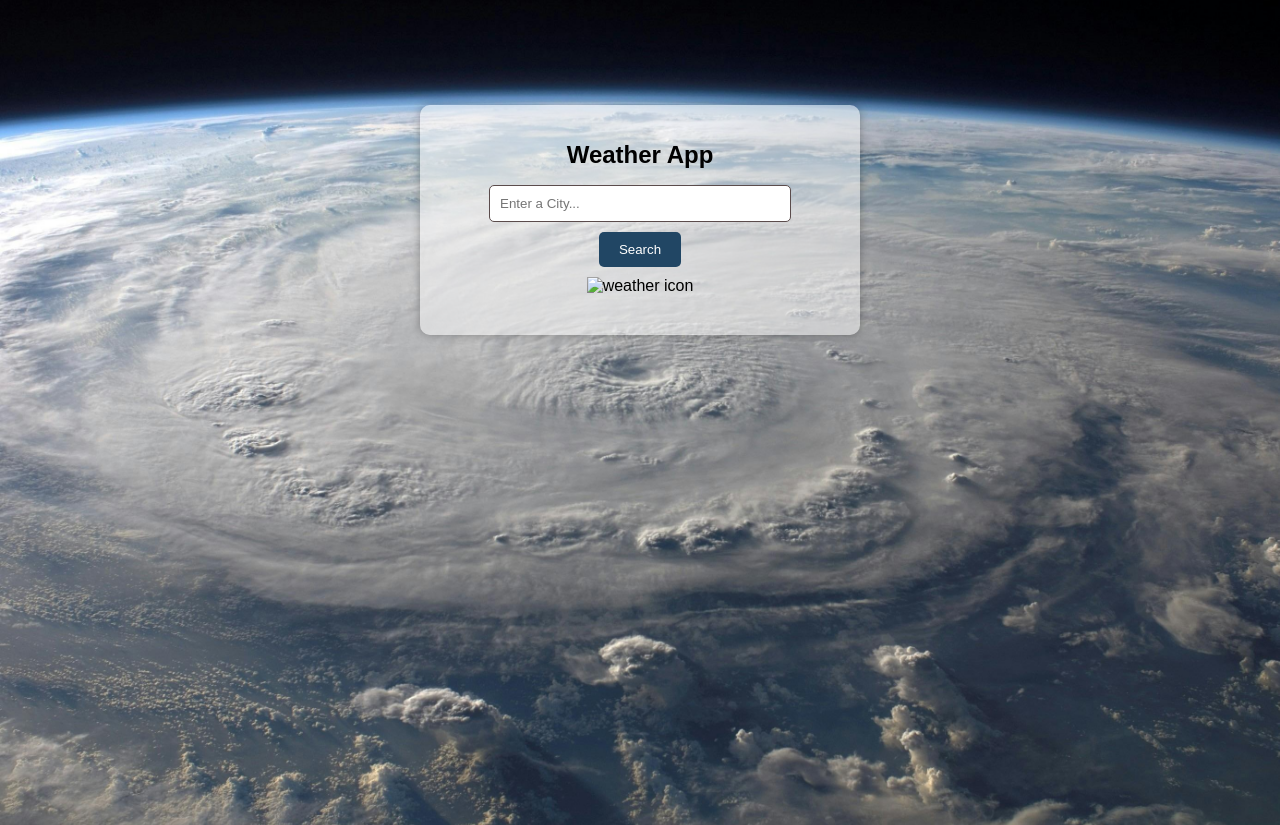
Repository: Dharshinimk-521/weather-app
Page: index.html
The author's editor kept a copy of each file at every save. The page is drawn from the files as they stood at one save, then again after the next save.
The browser window is 1280 px wide. The pictures show the whole page.

Above is the page before, as saved 2026-04-18 18:03:38.

After the next save:
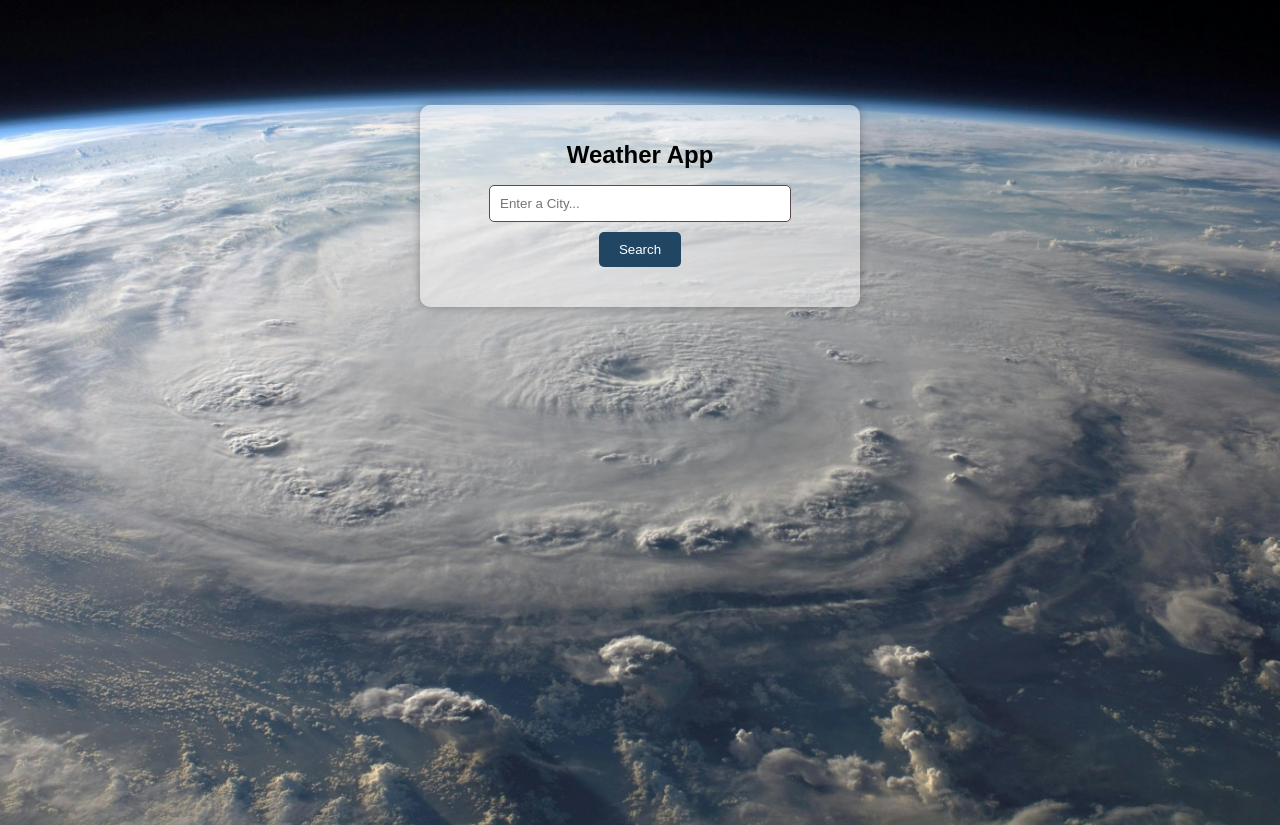
Saved 35 s later.
--- a/style.css
+++ b/style.css
@@ -44,6 +44,9 @@ button {
     cursor: pointer;
 }
 #weatherIcon {
+    display: none;
+}
+#weatherIcon {
     width: 80px;
     height: 80px;
     margin-top: 10px;
